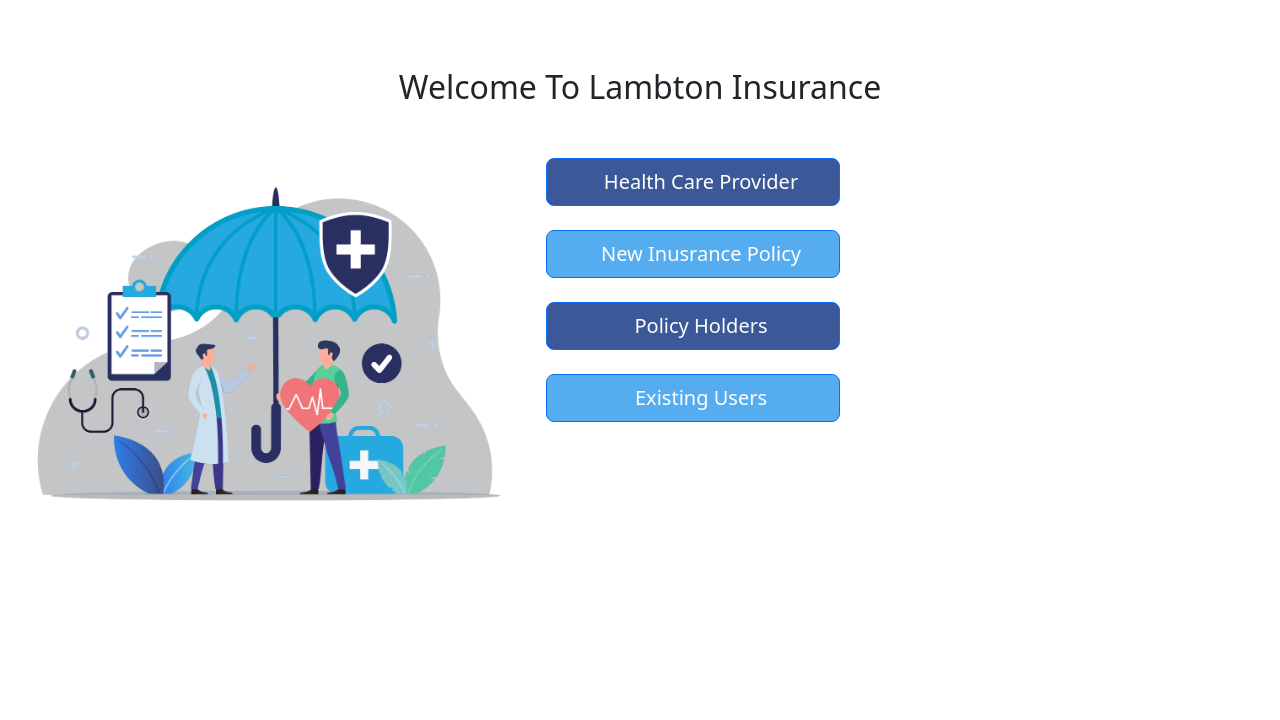
Repository: Puttaz/InsuranceGUI_React
Page: /index (app in client/)
An editor plug-in stored every save of this project. The page is shown before and after the next save, followed by the edit.
The browser window is 1280 px wide. The pictures show the whole page.
The project was rebuilt for these pictures with package versions that can differ from the ones it lists, and the page was loaded fresh each time. Also part of the build but not shown: client/vite.config.js, client/src/Index.css, client/src/Users.jsx, client/src/CreateUser.jsx, client/src/UpdateUser.jsx.

Above is the page before, as saved 2023-12-06 17:44:26.

After the next save:
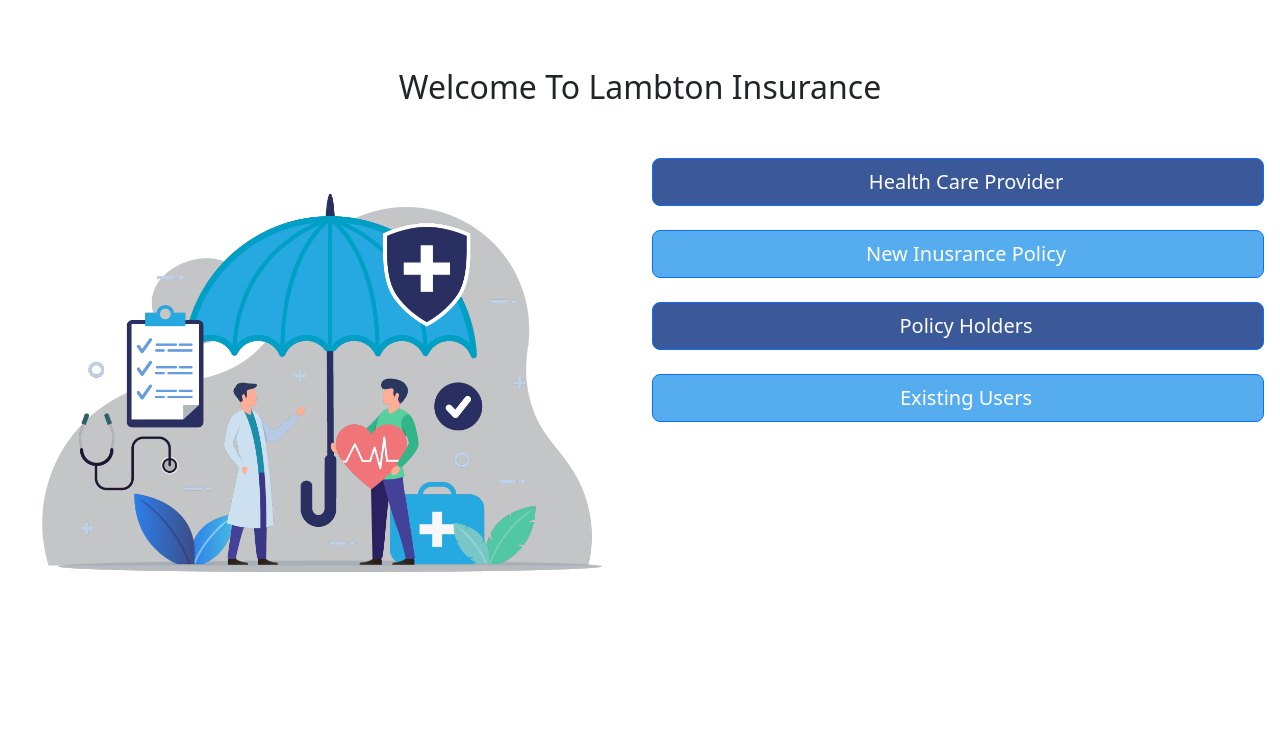
Saved 9 s later.
--- a/client/src/Index.jsx
+++ b/client/src/Index.jsx
@@ -22,13 +22,13 @@ function App() {
       </div>
       <MDBRow>
 
-        <MDBCol col='10' md='5'>
+        <MDBCol col='10' md='6'>
 
           <img src={Homepage}
           class="img-fluid" alt="home image" />
         </MDBCol>
 
-        <MDBCol col='4' md='3'>
+        <MDBCol col='4' md='6'>
 
           <MDBBtn className="mb-4 w-100" size="lg" style={{backgroundColor: '#3b5998'}}>
             <MDBIcon fab icon="facebook-f" className="mx-2"/>
